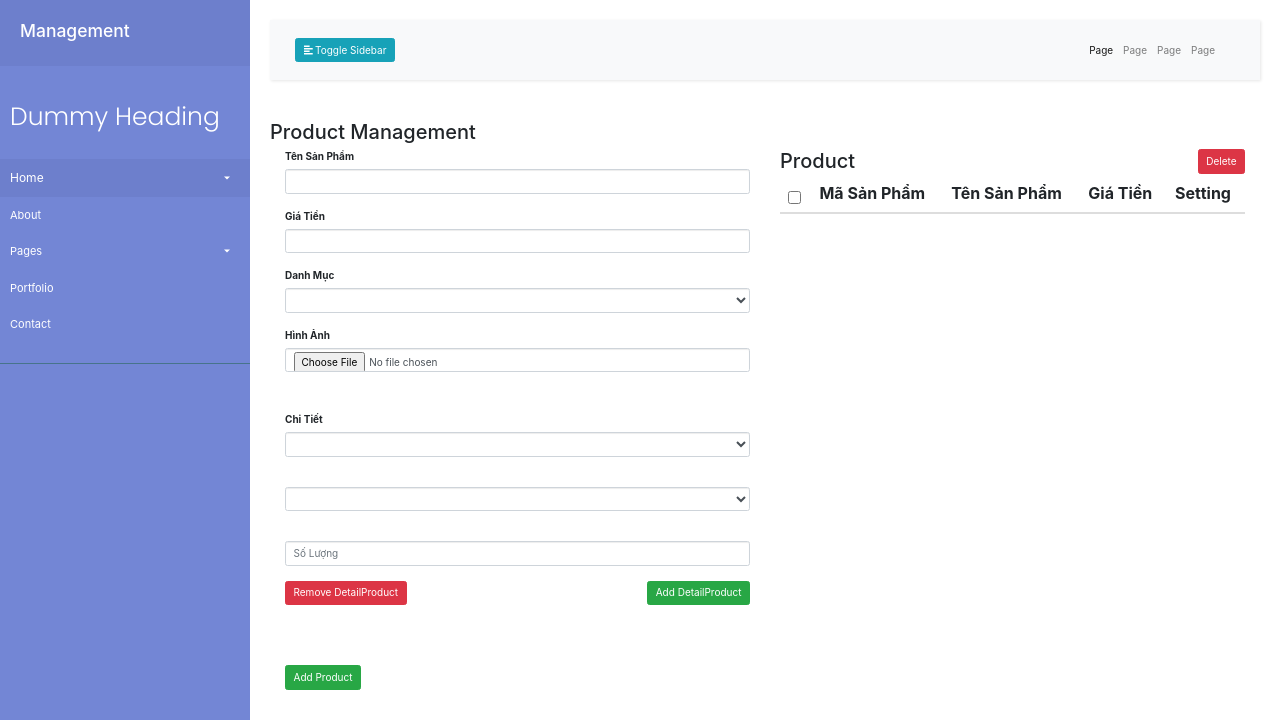
Repository: tiendungnguyen738/shoponline
Page: http://localhost/shoponline/WEB-INF/views/Product_Admin.jsp
An editor plug-in stored every save of this project. The page is shown before and after the next save, followed by the edit.
The browser window is 1280 px wide. The pictures show the whole page.
Some web libraries are served in a nearby version. The page is served by Tomcat 9. Nobody is signed in. The template is opened directly, without the code that normally fills it, so the values that code supplies are empty.

Above is the page before, as saved 2019-09-24 13:56:33.

After the next save:
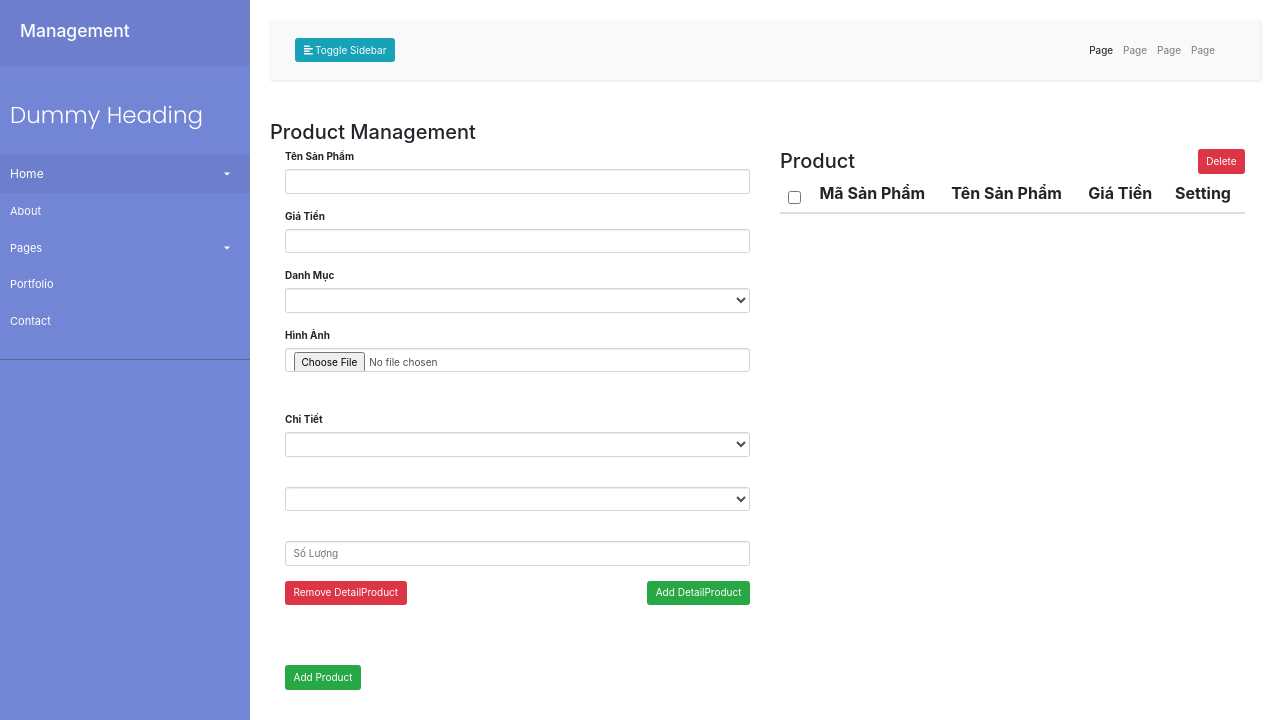
Saved 7 s later.
--- a/shoponline/src/main/webapp/resources/admin/style.css
+++ b/shoponline/src/main/webapp/resources/admin/style.css
@@ -10,7 +10,7 @@ body {
 
 p {
     font-family: 'Poppins', sans-serif;
-    font-size: 2.5em;
+    font-size: 2.3em;
     font-weight: 300;
     line-height: 1.7em;
     color: #999;
